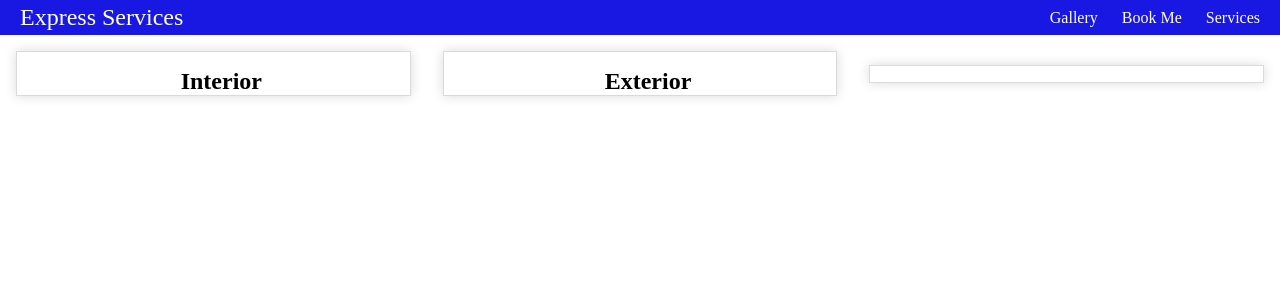
Repository: DrummerDee/mir-miami
Page: /Services (app in mr-miami/)
The author's editor kept a copy of each file at every save. The page is drawn from the files as they stood at one save, then again after the next save.
The browser window is 1280 px wide. The pictures show the whole page.
The project was rebuilt for these pictures with package versions that can differ from the ones it lists, and the page was loaded fresh each time. Also part of the build but not shown: mr-miami/src/Styles/App.css, mr-miami/src/Components/Homepage.js, mr-miami/src/Components/Gallery.js, mr-miami/src/Styles/Calendar.css, mr-miami/src/Components/Times.js, mr-miami/src/Components/Time.js, mr-miami/src/Components/BookMe.js.

Above is the page before, as saved 2022-08-26 22:49:04.

### mr-miami/public/index.html
<!DOCTYPE html>
<html lang="en">
  <head>
    <meta charset="utf-8" />
    <link rel="icon" href="%PUBLIC_URL%/favicon.ico" />
    <meta name="viewport" content="width=device-width, initial-scale=1" />
    <meta name="theme-color" content="#000000" />
    <meta
      name="description"
      content="Web site created using create-react-app"
    />
    <link rel="apple-touch-icon" href="%PUBLIC_URL%/logo192.png" />
    <!--
      manifest.json provides metadata used when your web app is installed on a
      user's mobile device or desktop. See https://developers.google.com/web/fundamentals/web-app-manifest/
    -->
    <link rel="manifest" href="%PUBLIC_URL%/manifest.json" />
    <!--
      Notice the use of %PUBLIC_URL% in the tags above.
      It will be replaced with the URL of the `public` folder during the build.
      Only files inside the `public` folder can be referenced from the HTML.

      Unlike "/favicon.ico" or "favicon.ico", "%PUBLIC_URL%/favicon.ico" will
      work correctly both with client-side routing and a non-root public URL.
      Learn how to configure a non-root public URL by running `npm run build`.
    -->
    <title>Exotic Express Services</title>
  </head>
  <body>
    <noscript>You need to enable JavaScript to run this app.</noscript>
    <div id="root"></div>
    <!--
      This HTML file is a template.
      If you open it directly in the browser, you will see an empty page.

      You can add webfonts, meta tags, or analytics to this file.
      The build step will place the bundled scripts into the <body> tag.

      To begin the development, run `npm start` or `yarn start`.
      To create a production bundle, use `npm run build` or `yarn build`.
    -->
  </body>
</html>

### mr-miami/src/App.js
import './Styles/App.css';
import { BrowserRouter as Router, Routes, Route } from "react-router-dom";
import Navbar from "./Components/Navbar";
import Services from "./Components/Services";
import Homepage from "./Components/Homepage";
import Gallery from "./Components/Gallery";
import BookMe from "./Components/BookMe";




function App() {
  return (
    <Router>
      <Navbar />
      <Routes>
        <Route path="/" element={<Homepage />} />
        <Route path="/Gallery" element={<Gallery />} />
        <Route path="/Services" element={<Services />} />
        <Route path="/BookMe" element={<BookMe />} />
      </Routes>
    </Router>
  );
}

export default App;

### mr-miami/src/Components/Navbar.js
import {Link } from 'react-router-dom'; //put this on every single routing page


// This isn't a homepage, just functionality for Navbar in the homepage
const Navbar = () => {
  return (
      <nav className="nav">
        <Link className="Home" to="/"> Express Services </Link>
        <ul>
          <li><Link to="/Gallery">Gallery</Link></li>
          <li><Link to="/BookMe">Book Me</Link></li>
          <li><Link to="/Services">Services</Link></li>
        </ul>
      </nav>
  );
}
export default Navbar;

### mr-miami/src/Components/Services.js
import React from "react";
import Lawn from '../Assets/lawmow.jpeg';
import Tile from '../Assets/tile.jpeg';
import '../Styles/Services.css'

function Services() {
    return (
        <main className="servicesBody">
                <div className = 'container' >
                    <h2> Interior</h2>
            </div>
             <div className='container'>
                    <h2> Exterior</h2>
            </div>
        <section className = 'container'>
            </section>
        </main>
    )
}
export default Services

### mr-miami/src/Styles/Services.css
.servicesBody{
    display: flex;
    justify-content: center;
    align-content: center;
    align-items: center;
    flex-direction: row;
}
  .container{
      border: 0.1rem solid rgb(219, 218, 218);
      display: flex;
      width: 100%;
      height: 100%;
      align-items: center;
      justify-content: center;
      box-shadow: 0 0 0.7rem 0 rgb(219, 218, 218);
      color: black;
  }
.image{
    height: 50%;
    width: 100%;
}

### mr-miami/src/Styles/Homepage.css
*{
    box-sizing: border-box;
    margin: 0;
    padding: 0;
  }

.homeBody{
    position: relative;
    height: 95vh;
    overflow: hidden;
    overflow-y: hidden;
  }
  .nav{
    background-color: rgb(24, 24, 226);
    color: white;
    display: flex;
    justify-content: space-between;
    align-items: stretch;
    gap: 2rem;
    padding: 0 1rem;
  }
  .nav ul{
    padding: 0%;
    margin: 0;
    list-style: none;
    display: flex;
    gap: 1rem;
  }
  .Home{
    font-size: 1.5rem;
  }
  .nav a {
    display: flex;
    align-items: center;
    color: inherit;
    text-decoration: none;
    height: 100%;
    padding: 0.25rem;
  }
  .nav li:hover{
    background-color: rgb(68, 68, 247);
    transition: all 0.3s ease-out;
    padding: 0.25rem;
  }
    .home{
      display: flex;
      flex-direction: column;
      justify-content: center;
      align-items:center;
    }
  .homeBody .text {
      background-image: url('../Assets/background.png');
      background-repeat: no-repeat;
      background-size: cover;
      height: 100vh;
      color: white;
      display: flex;
      flex-direction: column;
      align-items: center;
      font-weight: 300;
    }
  .homeBody .text .homeMainText{
      color: white;
      border-top: 0.4rem solid black;
      border-bottom : 0.4rem solid black;
      font-size: 5rem;
      padding: 0.5rem 0 0.5rem 0;
      margin-top: 6.5rem;
    }
  .homeBody .text > h3{
      font-size: 1.2rem;
      padding-top:2rem;
    }
    .homeBody .text > h4 {
      font-size: 1.5rem;
      margin: 0;
    }
    .homeBody .text > p {
      margin-top: 15rem;
      font-size: 1.5rem;
      font-weight: 600;
    }

### mr-miami/src/Styles/Times.css
.Modal, .Overlay {
    width: 100vw;
    height: 100vh;
    top: 0;
    left: 0;
    right: 0;
    bottom: 0;
    position: fixed;
}
.container{
    width: 100%;
    display: flex;
    flex-direction: column;
    height: 72%;
    overflow: hidden;
    gap: 0.5rem;
    padding: 1rem 0 0 1rem;
    margin: 1rem 1rem 0 1rem;
    overflow: auto;
    justify-content: center;
}
.times{
    display: column;
    flex-wrap: wrap;
    width: 45%;
    box-shadow: 0 0.1rem 0.2rem rgb(#888888,0.3);
}
.Overlay {
    background: rgba(49,49,49,0.8);
}
.Content {
    position: absolute;
    top: 50%;
    left: 50%;
    transform: translate(-50%, -50%);
    background: #f1f1f1;
    height: 88%;
    border-radius: 3px;
    border: 0.3rem solid rgba(49,49,49,0.8);
    overflow: hidden;
    display: flex;
    justify-content: center;
}

.Close {
    position: absolute;
    top: 10px;
    right: 10px;
    padding: 5px 7px;
    cursor: pointer;
}

.container > div {
    height: 12%;
    width: 40%;
    margin-left: 10rem;
    display: flex;
    flex-direction: column;
}
.container > div > button{
   background-color:  rgb(196, 196, 198);
   border-radius: 0.3rem;
   padding: 0.3rem 0.5rem 0.3rem 0.5rem ;
   border-radius: 0.4rem;
   display: flex;
   justify-content: center;
   align-items: center;
}
.container > div > button:hover{
background-color: #3a54c9;
transition: all 0.3s;
color: #FFF;
cursor: pointer;
}
.text{
    width: 100%;
    height: 6%;
    text-align: center;
    font-size: 1.3rem;
    font-weight: 500;
    margin-bottom: 0.5rem;
}
#confirm{
    padding: 0.8rem 1rem 0.8rem 1rem;
    border-radius: 0.8rem;
    background-color:  rgb(196, 196, 198);
    position: fixed;
    margin-top: 0.5rem;
    top: 33rem;
}
#confirm a {
    color: black;
    text-decoration: none;
}
#confirm:hover{
    background-color: #3a54c9;
    transition: all 0.3s;
    color: #FFF;
    cursor: pointer;
}

Loaded but not shown: mr-miami/src/index.js (common file); mr-miami/src/reportWebVitals.js (common file)

After the next save:
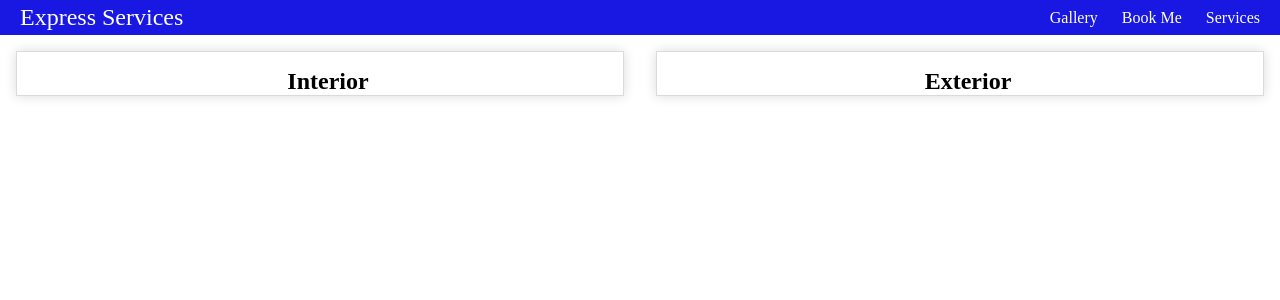
Saved 27 s later.
--- a/mr-miami/src/Components/Services.js
+++ b/mr-miami/src/Components/Services.js
@@ -12,8 +12,7 @@
              <div className='container'>
                     <h2> Exterior</h2>
             </div>
-        <section className = 'container'>
-            </section>
+
         </main>
     )
 }
